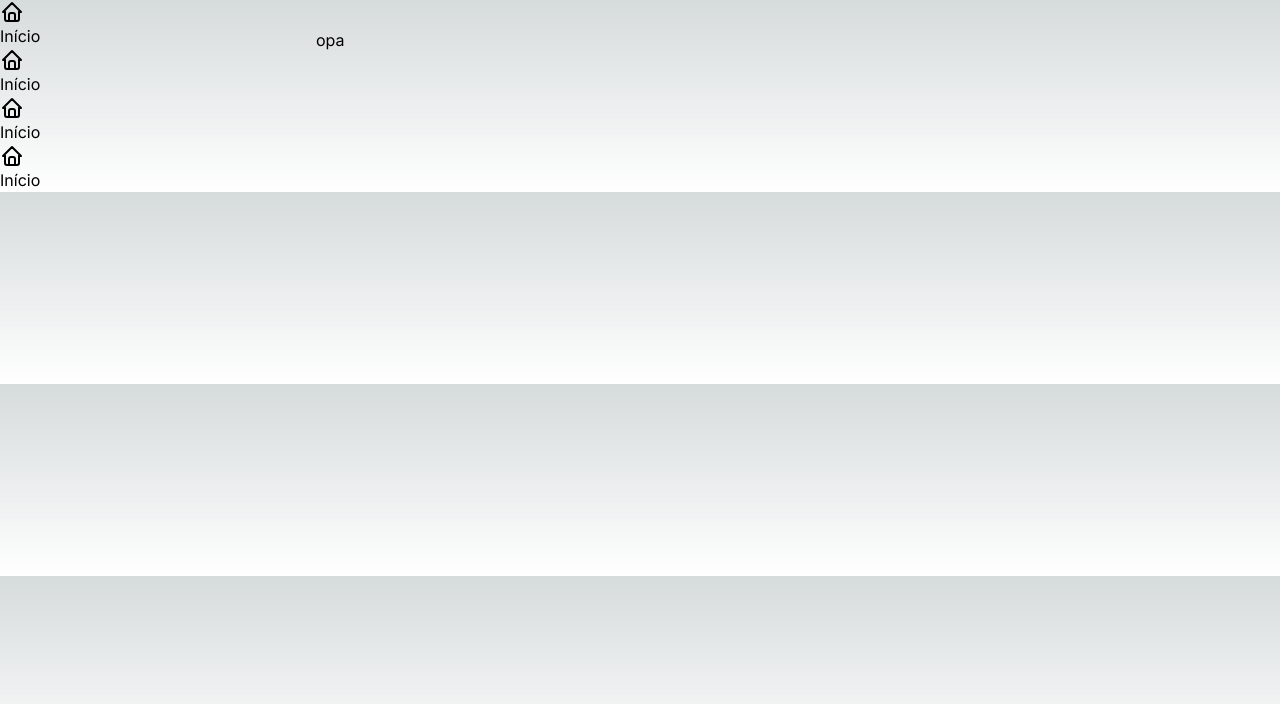
Repository: stefanosousaa/app-bd
Page: /
These files come from the project's save history. The page is drawn as it stood at one moment and after the next save; the edit follows.
The browser window is 1280 px wide. The pictures show the whole page.
The project was rebuilt for these pictures with package versions that can differ from the ones it lists, and the page was loaded fresh each time. The framework's server and built-in components were replaced by stand-ins that run in the browser. Also part of the build but not shown: next.config.mjs.

Above is the page before, as saved 2024-05-25 22:46:09.

### src/app/page.tsx
import Image from "next/image";
import Pagina from "./components/template/Pagina";

export default function Home() {
  return (
   <Pagina>opa</Pagina>
  );
}

### src/app/components/template/Pagina.tsx
import Menu from "./Menu"

export interface PaginaProps {
    children: any
}

export default function Pagina(props: PaginaProps){
    return (
     <div className="flex ">
        <Menu/>
        <main className="flex-1 p-7">{props.children}</main>

    </div>
    )

}

### src/app/components/template/Menu.tsx
import { IconHome } from "@tabler/icons-react"
import Link from "next/link"

function MenuItem(){
    return(
        <Link href="/">
            <IconHome/>
            <span>Início</span>
        </Link>
    )
}

export default function Menu(){
    return (
    <aside className="w-72">
         <nav className="flex flex-col">
            <MenuItem/>
             <MenuItem/>
              <MenuItem/>
               <MenuItem/>
         </nav>
    </aside>
    )
}

Loaded but not shown: src/app/layout.tsx (common file); src/app/globals.css (common file); tailwind.config.ts (common file)

After the next save:
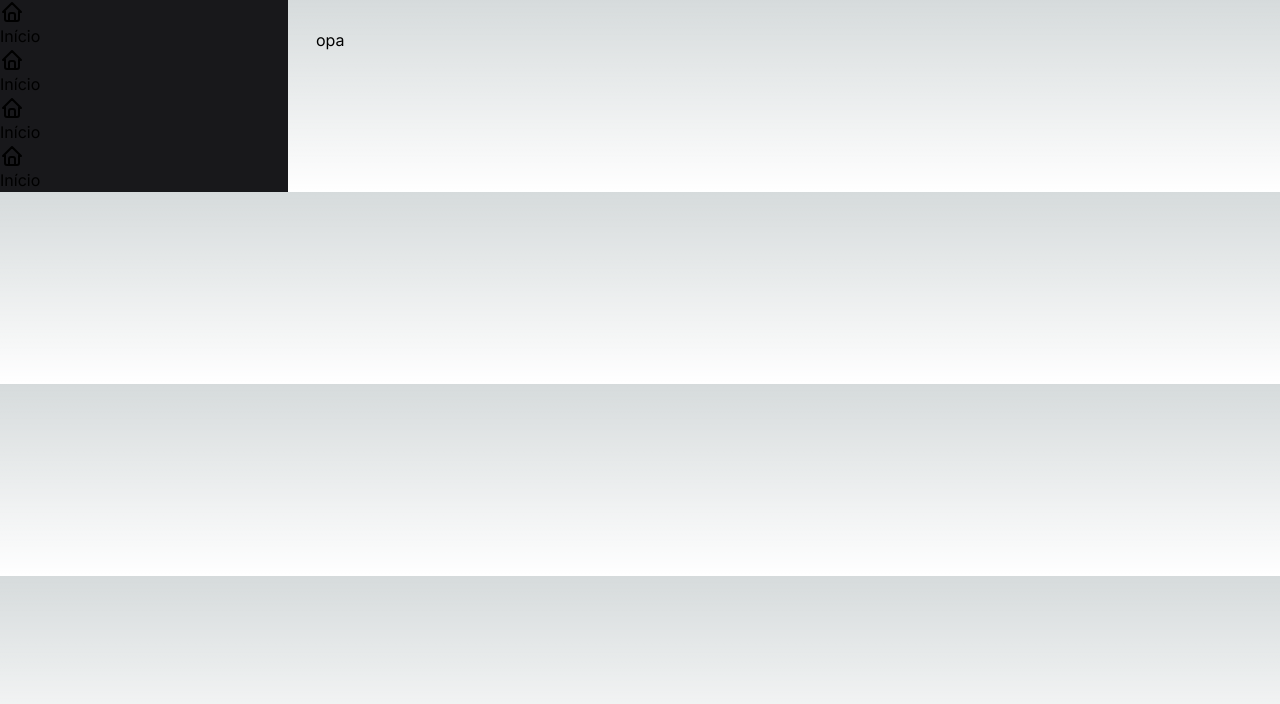
Saved 44 s later.
--- a/src/app/components/template/Menu.tsx
+++ b/src/app/components/template/Menu.tsx
@@ -12,7 +12,7 @@ function MenuItem(){
 
 export default function Menu(){
     return (
-    <aside className="w-72">
+    <aside className="w-72 bg-zinc-900">
          <nav className="flex flex-col">
             <MenuItem/>
              <MenuItem/>
